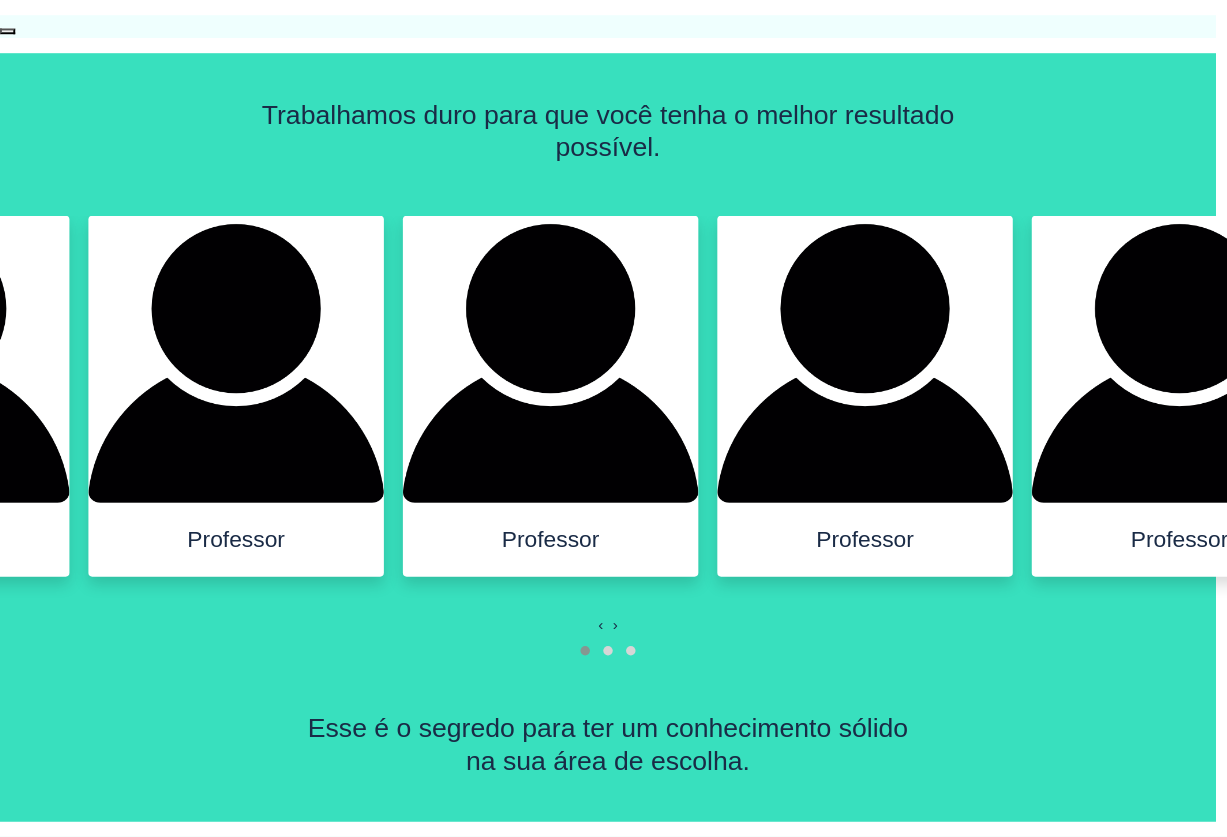
Repository: MarTech-Coders-Planejamento/site-oficial
Page: home.html
The author's editor kept a copy of each file at every save. The page is drawn from the files as they stood at one save, then again after the next save.
The browser window is 1280 px wide. The page is 1292 px wide, so the pictures cover 1292 px, including what lies to the right of the window. The pictures show the whole page, at 95% of full size.
Some web fonts or font styles are not loaded; a fallback is used.

Above is the page before, as saved 2021-10-23 00:56:09.

### home.html
<!DOCTYPE html>
<html lang="pt-BR">
  <head>
    <meta charset="UTF-8" />
    <meta http-equiv="X-UA-Compatible" content="IE=edge" />
    <meta name="viewport" content="width=device-width, initial-scale=1.0" />
    <!--Fonts Google-->
    <link
      href="https://fonts.googleapis.com/css2?family=Tomorrow:wght@300;400;700&display=swap"
      rel="stylesheet"
    />

    <!-- Bootstrap CSS -->
    <link
      href="https://cdn.jsdelivr.net/npm/bootstrap@5.1.2/dist/css/bootstrap.min.css"
      rel="stylesheet"
      integrity="sha384-uWxY/CJNBR+1zjPWmfnSnVxwRheevXITnMqoEIeG1LJrdI0GlVs/9cVSyPYXdcSF"
      crossorigin="anonymous"
    />

    <!-- Styles -->
    <link rel="stylesheet" href="./css/home.css" />
    <link
      rel="stylesheet"
      href="https://cdnjs.cloudflare.com/ajax/libs/OwlCarousel2/2.3.4/assets/owl.carousel.min.css"
      integrity="sha512-tS3S5qG0BlhnQROyJXvNjeEM4UpMXHrQfTGmbQ1gKmelCxlSEBUaxhRBj/EFTzpbP4RVSrpEikbmdJobCvhE3g=="
      crossorigin="anonymous"
    />
    <link
      rel="stylesheet"
      href="https://cdnjs.cloudflare.com/ajax/libs/OwlCarousel2/2.3.4/assets/owl.theme.default.min.css"
      integrity="sha512-sMXtMNL1zRzolHYKEujM2AqCLUR9F2C4/05cdbxjjLSRvMQIciEPCQZo++nk7go3BtSuK9kfa/s+a4f4i5pLkw=="
      crossorigin="anonymous"
    />

    <title>Home</title>
  </head>
  <body>
    <div class="container-fluid">
      <!--cabeçalho fluido-->
      <header>
        <nav></nav>
      </header>
      <main>
        <section class="bg-one">
          <!--dobra1-->
          <article>
            <header></header>
            <h1></h1>
            <p></p>
            <figure></figure>
            <button></button>
          </article>
        </section>
        <section class="bg-two">
          <!--dobra2-->
          <article>
            <h2></h2>
            <p></p>
            <figure></figure>
          </article>
        </section>
        <section class="bg-one">
          <!--dobra3-->
          <article>
            <header></header>
            <p></p>
            <figure></figure>
          </article>
        </section>
        <section class="bg-two">
          <!--dobra4-->
          <p class='h3 p-5 text-center'>
            Trabalhamos duro para que você tenha o melhor resultado <br> possível.
          </p>
          <div class="row justify-content-center">
            <div id='slider-container' class="col">
              <div class="owl-carousel owl-theme">
                <div class="item mb-4">
                  <div class="card border-0 shadow">
                    <img src="/image/person.png" alt="" class="card-img-top img-fluid" />
                    <div class="card-body">
                      <div class="card-title text-center">
                        <h4>Professor</h4>
                      </div>
                    </div>
                  </div>
                </div>

                <div class="item">
                  <div class="card border-0 shadow">
                    <img src="/image/person.png" alt="" class="card-img-top img-fluid" />
                    <div class="card-body">
                      <div class="card-title text-center">
                        <h4>Professor</h4>
                      </div>
                    </div>
                  </div>
                </div>
                <div class="item">
                  <div class="card border-0 shadow">
                    <img src="/image/person.png" alt="" class="card-img-top img-fluid" />
                    <div class="card-body">
                      <div class="card-title text-center">
                        <h4>Professor</h4>
                      </div>
                    </div>
                  </div>
                </div>
                <div class="item">
                  <div class="card border-0 shadow">
                    <img src="/image/person.png" alt="" class="card-img-top img-fluid" />
                    <div class="card-body">
                      <div class="card-title text-center">
                        <h4>Professor</h4>
                      </div>
                    </div>
                  </div>
                </div>
                <div class="item">
                  <div class="card border-0 shadow">
                    <img src="/image/person.png" alt="" class="card-img-top img-fluid" />
                    <div class="card-body">
                      <div class="card-title text-center">
                        <h4>Professor</h4>
                      </div>
                    </div>
                  </div>
                </div>
                <div class="item">
                  <div class="card border-0 shadow">
                    <img src="/image/person.png" alt="" class="card-img-top img-fluid" />
                    <div class="card-body">
                      <div class="card-title text-center">
                        <h4>Professor</h4>
                      </div>
                    </div>
                  </div>
                </div>
                <div class="item">
                  <div class="card border-0 shadow">
                    <img src="/image/person.png" alt="" class="card-img-top img-fluid" />
                    <div class="card-body">
                      <div class="card-title text-center">
                        <h4>Professor</h4>
                      </div>
                    </div>
                  </div>
                </div>
                <div class="item">
                  <div class="card border-0 shadow">
                    <img src="/image/person.png" alt="" class="card-img-top img-fluid" />
                    <div class="card-body">
                      <div class="card-title text-center">
                        <h4>Professor</h4>
                      </div>
                    </div>
                  </div>
                </div>
                <div class="item">
                  <div class="card border-0 shadow">
                    <img src="/image/person.png" alt="" class="card-img-top img-fluid" />
                    <div class="card-body">
                      <div class="card-title text-center">
                        <h4>Professor</h4>
                      </div>
                    </div>
                  </div>
                </div>
                <div class="item">
                  <div class="card border-0 shadow">
                    <img src="/image/person.png" alt="" class="card-img-top img-fluid" />
                    <div class="card-body">
                      <div class="card-title text-center">
                        <h4>Professor</h4>
                      </div>
                    </div>
                  </div>
                </div>
                <div class="item">
                  <div class="card border-0 shadow">
                    <img src="/image/person.png" alt="" class="card-img-top img-fluid" />
                    <div class="card-body">
                      <div class="card-title text-center">
                        <h4>Professor</h4>
                      </div>
                    </div>
                  </div>
                </div>
                <div class="item">
                  <div class="card border-0 shadow">
                    <img src="/image/person.png" alt="" class="card-img-top img-fluid" />
                    <div class="card-body">
                      <div class="card-title text-center">
                        <h4>Professor</h4>
                      </div>
                    </div>
                  </div>
                </div>
              </div>
            </div>
          </div>
          <p class='h3 p-5 text-center'>
            Esse é o segredo para ter um conhecimento sólido <br> na sua área de
            escolha.
          </p>
        </section>
      </main>

      <footer class="bg-one">
        <!--footer-->
        <article></article>
        <p></p>
      </footer>
    </div>

    <!-- Owl Carousel -->

    <script src="https://cdnjs.cloudflare.com/ajax/libs/jquery/3.6.0/jquery.min.js"></script>

    <!-- Bootstrap Bundle javascript -->
    <script
      src="https://cdn.jsdelivr.net/npm/bootstrap@5.1.2/dist/js/bootstrap.bundle.min.js"
      integrity="sha384-kQtW33rZJAHjgefvhyyzcGF3C5TFyBQBA13V1RKPf4uH+bwyzQxZ6CmMZHmNBEfJ"
      crossorigin="anonymous"
    ></script>

    <!-- Owl Carousel -->

    <script
      src="https://cdnjs.cloudflare.com/ajax/libs/OwlCarousel2/2.3.4/owl.carousel.min.js"
      integrity="sha512-bPs7Ae6pVvhOSiIcyUClR7/q2OAsRiovw4vAkX+zJbw3ShAeeqezq50RIIcIURq7Oa20rW2n2q+fyXBNcU9lrw=="
      crossorigin="anonymous"
    ></script>

    <!-- Slider -->

    <script>
      $(".owl-carousel").owlCarousel({
        loop: true,
        autoplay: true,
        margin: 20,
        animateOut: "fadeOut",
        animateIn: "fadeIn",
        nav: true,
        autoplayHoverPause: true,
        responsive: {
          0: {
            items: 1,
            nav:false
          },
          600: {
            items: 2,
            nav:false,
          },
          1000: {
            items: 4,
            nav: true,
            loop: false
          },
        },
      });
    </script>
  </body>
</html>

### css/home.css
:root {
  --bg: #effffe;
  --bg2: #38e0be;
  --texto: #1a2b46;
}
* {
  font-family: "Tomorrow", sans-serif;
}

.container-fluid {
  padding-right: 0;
  padding-left: 0;
  margin-right: auto;
  margin-left: auto;
}

.bg-one {
  background-color: var(--bg);
  color: var(--texto);
}
.bg-two {
  background-color: var(--bg2);
  color: var(--texto);
}

/* Slider Container*/

#slider-container{
 padding: 0;
}

.card-img-top img{
  width: 300px;
}

.owl-stage{
  padding: 0 !important;
}

After the next save:
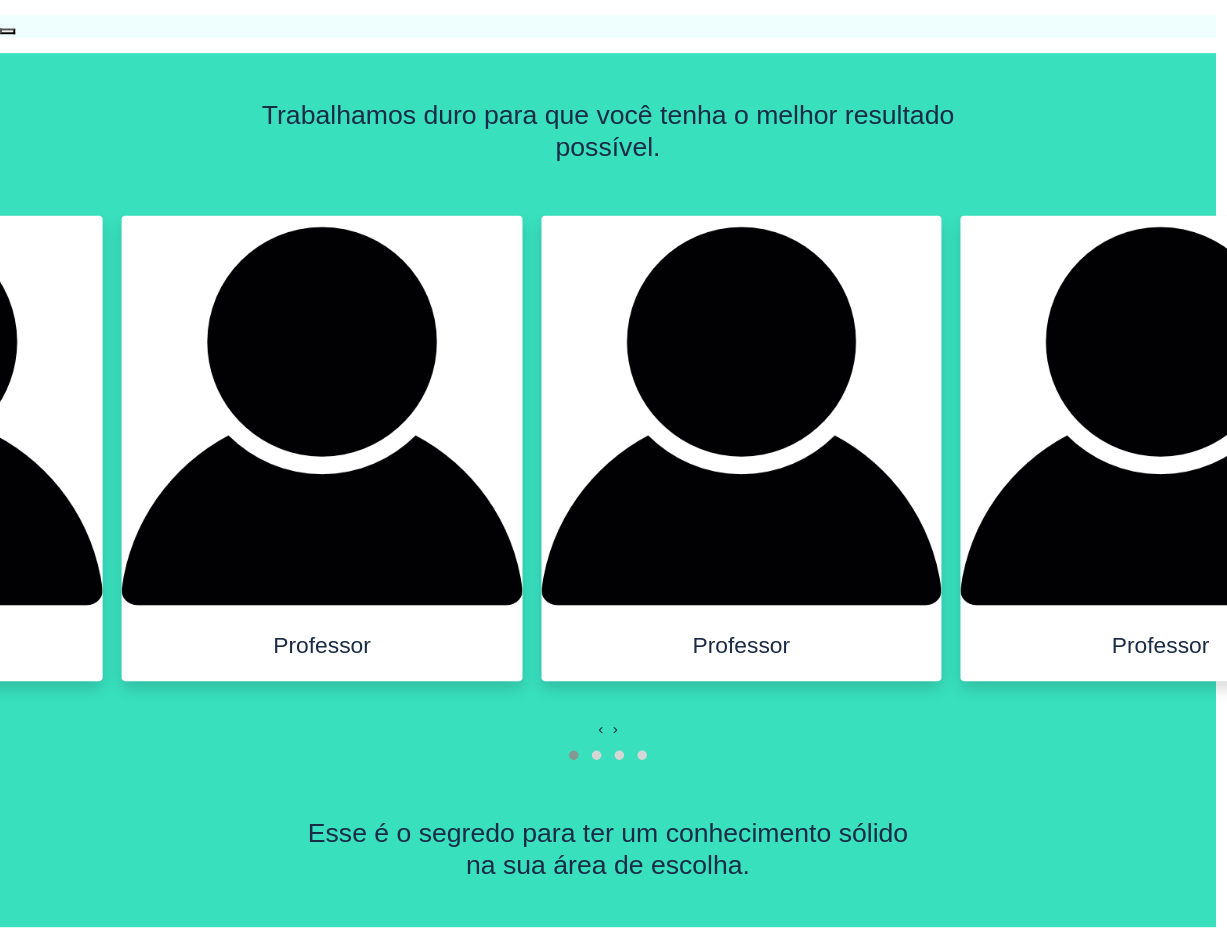
Saved 36 s later.
--- a/home.html
+++ b/home.html
@@ -254,7 +254,7 @@
             nav:false,
           },
           1000: {
-            items: 4,
+            items: 3,
             nav: true,
             loop: false
           },
